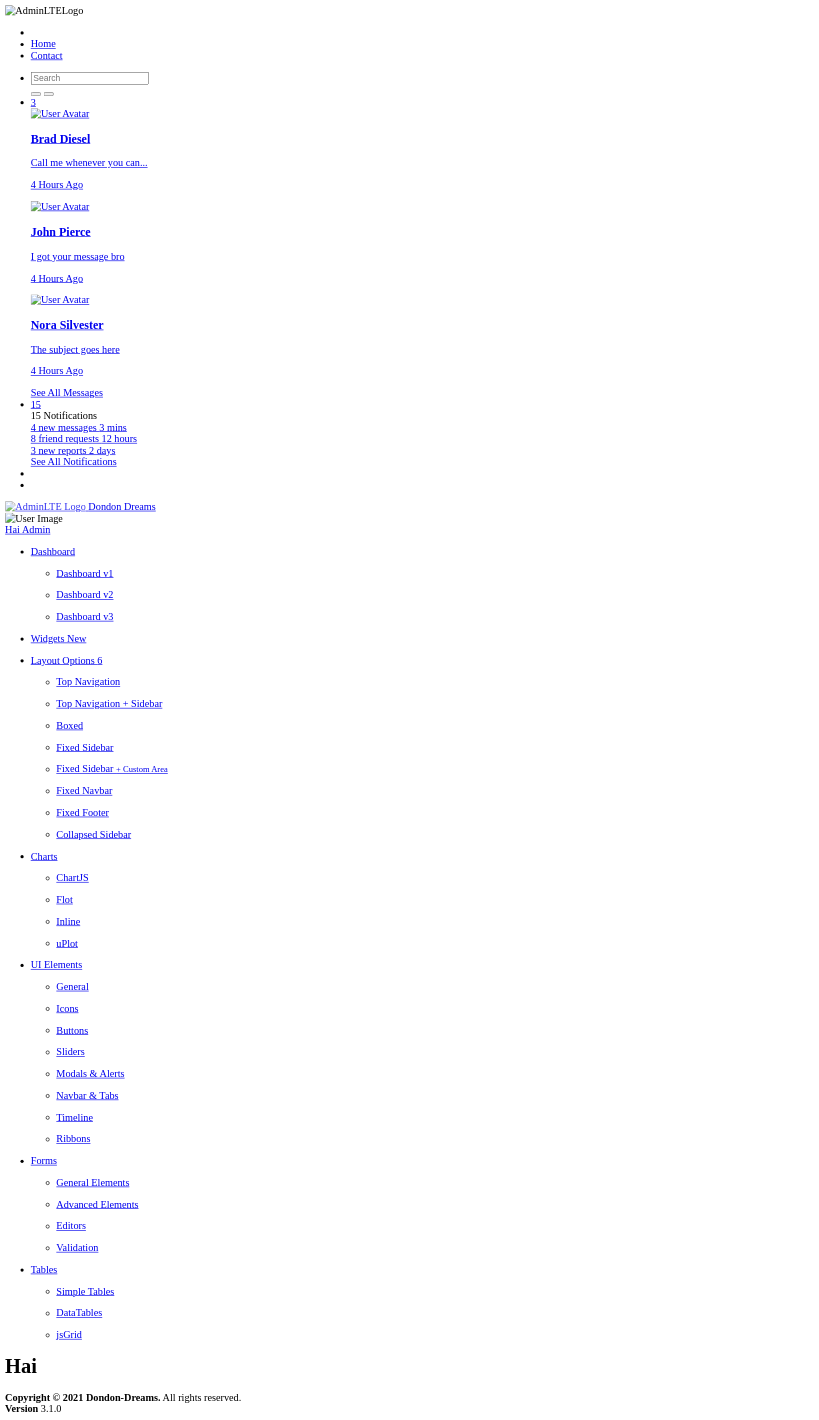
Repository: F14NDJ1/dondon-dreams
Page: http://localhost/admin
These files come from the project's save history. The page is drawn as it stood at one moment and after the next save; the edit follows.
The browser window is 1280 px wide. The pictures show the whole page, at 64% of full size.
Some web fonts or font styles are not loaded; a fallback is used. The page is served by the project's Laravel application, run on PHP 8.4 with Laravel 8. Other server files are loaded and not shown.

Above is the page before, as saved 2021-10-30 19:16:47.
Console error: ReferenceError: $ is not defined

### routes/web.php
<?php

use Illuminate\Support\Facades\Route;

/*
|--------------------------------------------------------------------------
| Web Routes
|--------------------------------------------------------------------------
|
| Here is where you can register web routes for your application. These
| routes are loaded by the RouteServiceProvider within a group which
| contains the "web" middleware group. Now create something great!
|
*/

Route::get('/', function () {
    return view('index');
});
Route::get('/admin', function () {
    return view('/admin/index');
});

### resources/views/admin/index.blade.php
@extends('admin.partials.header')

@section('container')
<h1>Hai</h1>
@endsection

### resources/views/admin/partials/header.blade.php
<!DOCTYPE html>
<html lang="en">

<head>
    <meta charset="utf-8">
    <meta name="viewport" content="width=device-width, initial-scale=1">
    <title>AdminLTE 3 | Dashboard</title>

    <!-- Google Font: Source Sans Pro -->
    <link rel="stylesheet" href="https://fonts.googleapis.com/css?family=Source+Sans+Pro:300,400,400i,700&display=fallback">
    <!-- Font Awesome -->
    <link rel="stylesheet" href="admin/plugins/fontawesome-free/css/all.min.css">
    <!-- Ionicons -->
    <link rel="stylesheet" href="https://code.ionicframework.com/ionicons/2.0.1/css/ionicons.min.css">
    <!-- Tempusdominus Bootstrap 4 -->
    <link rel="stylesheet" href="admin/plugins/tempusdominus-bootstrap-4/css/tempusdominus-bootstrap-4.min.css">
    <!-- iCheck -->
    <link rel="stylesheet" href="admin/plugins/icheck-bootstrap/icheck-bootstrap.min.css">
    <!-- JQVMap -->
    <link rel="stylesheet" href="admin/plugins/jqvmap/jqvmap.min.css">
    <!-- Theme style -->
    <link rel="stylesheet" href="admin/dist/css/adminlte.min.css">
    <!-- overlayScrollbars -->
    <link rel="stylesheet" href="admin/plugins/overlayScrollbars/css/OverlayScrollbars.min.css">
    <!-- Daterange picker -->
    <link rel="stylesheet" href="admin/plugins/daterangepicker/daterangepicker.css">
    <!-- summernote -->
    <link rel="stylesheet" href="admin/plugins/summernote/summernote-bs4.min.css">
</head>

<body class="hold-transition sidebar-mini layout-fixed">
    <div class="wrapper">

        <!-- Preloader -->
        <div class="preloader flex-column justify-content-center align-items-center">
            <img class="animation__shake" src="admin/dist/img/AdminLTELogo.png" alt="AdminLTELogo" height="60" width="60">
        </div>

        <!-- Navbar -->
        <nav class="main-header navbar navbar-expand navbar-white navbar-light">
            <!-- Left navbar links -->
            <ul class="navbar-nav">
                <li class="nav-item">
                    <a class="nav-link" data-widget="pushmenu" href="#" role="button"><i class="fas fa-bars"></i></a>
                </li>
                <li class="nav-item d-none d-sm-inline-block">
                    <a href="index3.html" class="nav-link">Home</a>
                </li>
                <li class="nav-item d-none d-sm-inline-block">
                    <a href="#" class="nav-link">Contact</a>
                </li>
            </ul>

            <!-- Right navbar links -->
            <ul class="navbar-nav ml-auto">
                <!-- Navbar Search -->
                <li class="nav-item">
                    <a class="nav-link" data-widget="navbar-search" href="#" role="button">
                        <i class="fas fa-search"></i>
                    </a>
                    <div class="navbar-search-block">
                        <form class="form-inline">
                            <div class="input-group input-group-sm">
                                <input class="form-control form-control-navbar" type="search" placeholder="Search" aria-label="Search">
                                <div class="input-group-append">
                                    <button class="btn btn-navbar" type="submit">
                                        <i class="fas fa-search"></i>
                                    </button>
                                    <button class="btn btn-navbar" type="button" data-widget="navbar-search">
                                        <i class="fas fa-times"></i>
                                    </button>
                                </div>
                            </div>
                        </form>
                    </div>
                </li>

                <!-- Messages Dropdown Menu -->
                <li class="nav-item dropdown">
                    <a class="nav-link" data-toggle="dropdown" href="#">
                        <i class="far fa-comments"></i>
                        <span class="badge badge-danger navbar-badge">3</span>
                    </a>
                    <div class="dropdown-menu dropdown-menu-lg dropdown-menu-right">
                        <a href="#" class="dropdown-item">
                            <!-- Message Start -->
                            <div class="media">
                                <img src="admin/dist/img/user1-128x128.jpg" alt="User Avatar" class="img-size-50 mr-3 img-circle">
                                <div class="media-body">
                                    <h3 class="dropdown-item-title">
                                        Brad Diesel
                                        <span class="float-right text-sm text-danger"><i class="fas fa-star"></i></span>
                                    </h3>
                                    <p class="text-sm">Call me whenever you can...</p>
                                    <p class="text-sm text-muted"><i class="far fa-clock mr-1"></i> 4 Hours Ago</p>
                                </div>
                            </div>
                            <!-- Message End -->
                        </a>
                        <div class="dropdown-divider"></div>
                        <a href="#" class="dropdown-item">
                            <!-- Message Start -->
                            <div class="media">
                                <img src="admin/dist/img/user8-128x128.jpg" alt="User Avatar" class="img-size-50 img-circle mr-3">
                                <div class="media-body">
                                    <h3 class="dropdown-item-title">
                                        John Pierce
                                        <span class="float-right text-sm text-muted"><i class="fas fa-star"></i></span>
                                    </h3>
                                    <p class="text-sm">I got your message bro</p>
                                    <p class="text-sm text-muted"><i class="far fa-clock mr-1"></i> 4 Hours Ago</p>
                                </div>
                            </div>
                            <!-- Message End -->
                        </a>
                        <div class="dropdown-divider"></div>
                        <a href="#" class="dropdown-item">
                            <!-- Message Start -->
                            <div class="media">
                                <img src="admin/dist/img/user3-128x128.jpg" alt="User Avatar" class="img-size-50 img-circle mr-3">
                                <div class="media-body">
                                    <h3 class="dropdown-item-title">
                                        Nora Silvester
                                        <span class="float-right text-sm text-warning"><i class="fas fa-star"></i></span>
                                    </h3>
                                    <p class="text-sm">The subject goes here</p>
                                    <p class="text-sm text-muted"><i class="far fa-clock mr-1"></i> 4 Hours Ago</p>
                                </div>
                            </div>
                            <!-- Message End -->
                        </a>
                        <div class="dropdown-divider"></div>
                        <a href="#" class="dropdown-item dropdown-footer">See All Messages</a>
                    </div>
                </li>
                <!-- Notifications Dropdown Menu -->
                <li class="nav-item dropdown">
                    <a class="nav-link" data-toggle="dropdown" href="#">
                        <i class="far fa-bell"></i>
                        <span class="badge badge-warning navbar-badge">15</span>
                    </a>
                    <div class="dropdown-menu dropdown-menu-lg dropdown-menu-right">
                        <span class="dropdown-item dropdown-header">15 Notifications</span>
                        <div class="dropdown-divider"></div>
                        <a href="#" class="dropdown-item">
                            <i class="fas fa-envelope mr-2"></i> 4 new messages
                            <span class="float-right text-muted text-sm">3 mins</span>
                        </a>
                        <div class="dropdown-divider"></div>
                        <a href="#" class="dropdown-item">
                            <i class="fas fa-users mr-2"></i> 8 friend requests
                            <span class="float-right text-muted text-sm">12 hours</span>
                        </a>
                        <div class="dropdown-divider"></div>
                        <a href="#" class="dropdown-item">
                            <i class="fas fa-file mr-2"></i> 3 new reports
                            <span class="float-right text-muted text-sm">2 days</span>
                        </a>
                        <div class="dropdown-divider"></div>
                        <a href="#" class="dropdown-item dropdown-footer">See All Notifications</a>
                    </div>
                </li>
                <li class="nav-item">
                    <a class="nav-link" data-widget="fullscreen" href="#" role="button">
                        <i class="fas fa-expand-arrows-alt"></i>
                    </a>
                </li>
                <li class="nav-item">
                    <a class="nav-link" data-widget="control-sidebar" data-slide="true" href="#" role="button">
                        <i class="fas fa-th-large"></i>
                    </a>
                </li>
            </ul>
        </nav>
        <!-- /.navbar -->

        @include('admin.partials.sidebar')
        <!-- Main content -->

        <!-- Content Wrapper. Contains page content -->
        <div class="content-wrapper">

            @yield('container')
            <!-- /.content -->
        </div>
        <!-- /.content-wrapper -->

        @include('admin.partials.footer')

### resources/views/admin/partials/footer.blade.php
<footer class="main-footer">
    <strong>Copyright &copy; 2021 Dondon-Dreams.</strong>
    All rights reserved.
    <div class="float-right d-none d-sm-inline-block">
        <b>Version</b> 3.1.0
    </div>
</footer>

<!-- Control Sidebar -->
<aside class="control-sidebar control-sidebar-dark">
    <!-- Control sidebar content goes here -->
</aside>
<!-- /.control-sidebar -->
</div>
<!-- ./wrapper -->

<!-- jQuery -->
<script src="admin/plugins/jquery/jquery.min.js"></script>
<!-- jQuery UI 1.11.4 -->
<script src="admin/plugins/jquery-ui/jquery-ui.min.js"></script>
<!-- Resolve conflict in jQuery UI tooltip with Bootstrap tooltip -->
<script>
    $.widget.bridge('uibutton', $.ui.button)
</script>
<!-- Bootstrap 4 -->
<script src="admin/plugins/bootstrap/js/bootstrap.bundle.min.js"></script>
<!-- ChartJS -->
<script src="admin/plugins/chart.js/Chart.min.js"></script>
<!-- Sparkline -->
<script src="admin/plugins/sparklines/sparkline.js"></script>
<!-- JQVMap -->
<script src="admin/plugins/jqvmap/jquery.vmap.min.js"></script>
<script src="admin/plugins/jqvmap/maps/jquery.vmap.usa.js"></script>
<!-- jQuery Knob Chart -->
<script src="admin/plugins/jquery-knob/jquery.knob.min.js"></script>
<!-- daterangepicker -->
<script src="admin/plugins/moment/moment.min.js"></script>
<script src="admin/plugins/daterangepicker/daterangepicker.js"></script>
<!-- Tempusdominus Bootstrap 4 -->
<script src="admin/plugins/tempusdominus-bootstrap-4/js/tempusdominus-bootstrap-4.min.js"></script>
<!-- Summernote -->
<script src="admin/plugins/summernote/summernote-bs4.min.js"></script>
<!-- overlayScrollbars -->
<script src="admin/plugins/overlayScrollbars/js/jquery.overlayScrollbars.min.js"></script>
<!-- AdminLTE App -->
<script src="admin/dist/js/adminlte.js"></script>
<!-- AdminLTE for demo purposes -->
<script src="admin/dist/js/demo.js"></script>
<!-- AdminLTE dashboard demo (This is only for demo purposes) -->
<script src="admin/dist/js/pages/dashboard.js"></script>
</body>

</html>

Loaded but not shown: public/admin/plugins/jqvmap/jqvmap.min.css (common file); public/admin/plugins/daterangepicker/daterangepicker.css (library); public/admin/plugins/sparklines/sparkline.js (library); public/admin/dist/js/pages/dashboard.js (267 lines, source omitted); resources/views/admin/partials/sidebar.blade.php (287 lines, source omitted)

After the next save:
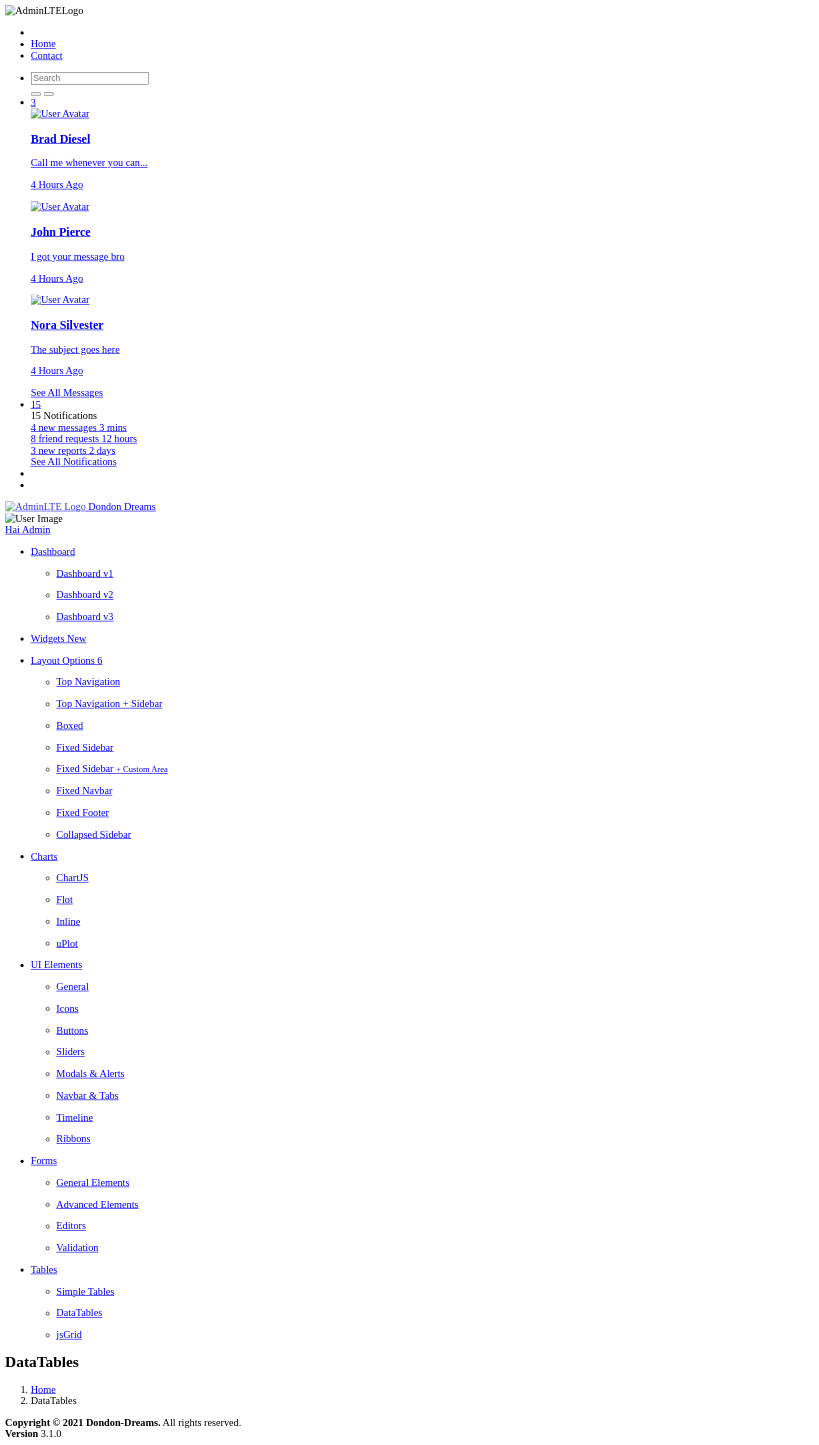
Saved 41 h 50 min later.
--- a/resources/views/admin/index.blade.php
+++ b/resources/views/admin/index.blade.php
@@ -1,5 +1,19 @@
 @extends('admin.partials.header')
 
 @section('container')
-<h1>Hai</h1>
+<section class="content-header">
+    <div class="container-fluid">
+        <div class="row mb-2">
+            <div class="col-sm-6">
+                <h1>DataTables</h1>
+            </div>
+            <div class="col-sm-6">
+                <ol class="breadcrumb float-sm-right">
+                    <li class="breadcrumb-item"><a href="#">Home</a></li>
+                    <li class="breadcrumb-item active">DataTables</li>
+                </ol>
+            </div>
+        </div>
+    </div><!-- /.container-fluid -->
+</section>
 @endsection
